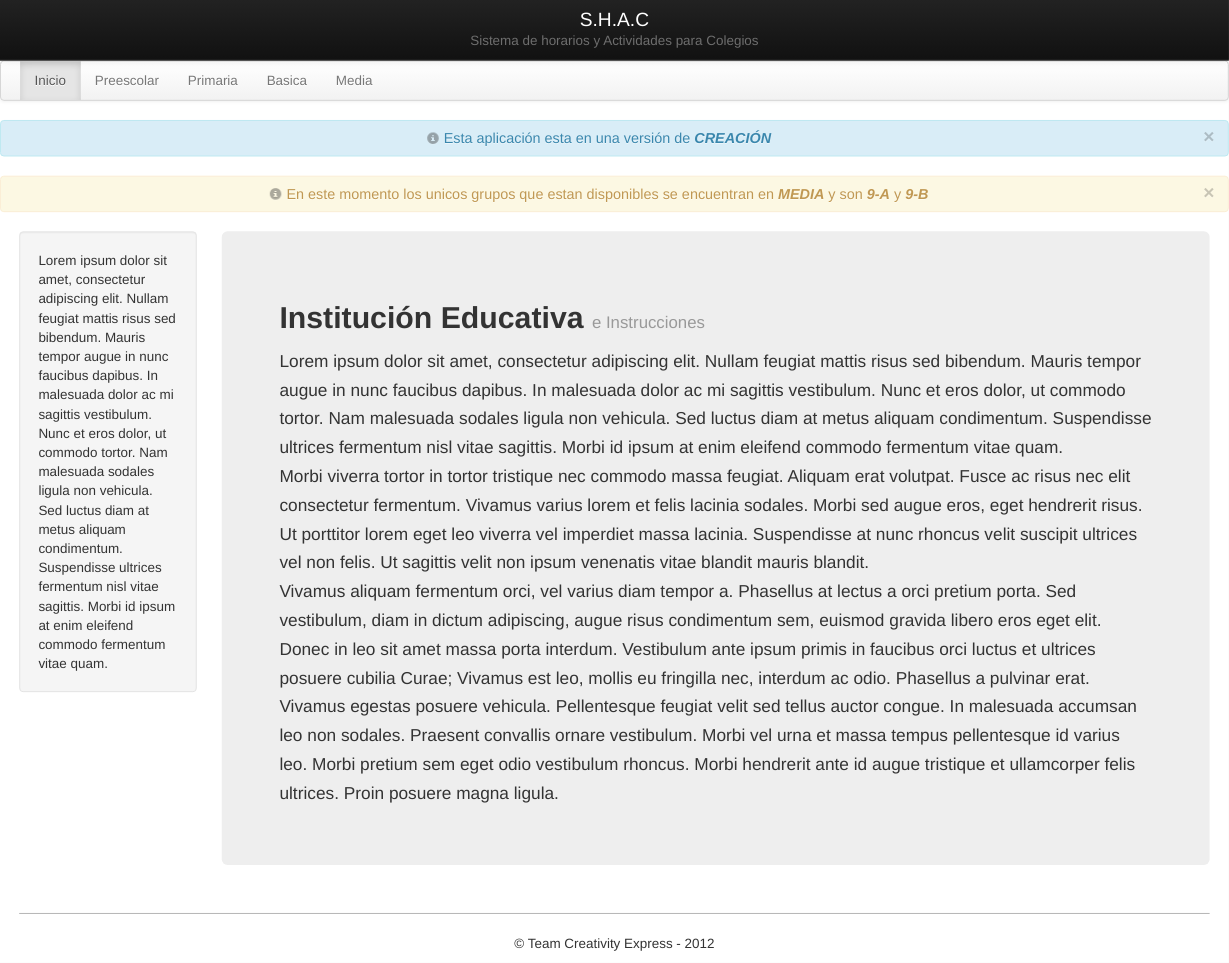
Repository: josue1120/shac
Page: index.html
These files come from the project's save history. The page is drawn as it stood at one moment and after the next save; the edit follows.
The browser window is 1280 px wide. The pictures show the whole page, at 96% of full size.

Above is the page before, as saved 2012-11-18 22:35:53.

### index.html
<!DOCTYPE html>
    <head lang="en">
        <meta charset="utf-8" />
        <meta name="author" content="Josue Bustamante">
        <meta name="description" content="Curso de HTML gratuito">
        <meta name="keywords" content="código HTML etiqueta página web gratis curso">
        <title>S.H.A.C</title>
    <!-- Hojas de Estilo - StyleSheet -->
        <link rel="stylesheet" href="css/bootstrap-responsive.css" type="text/css">
        <link rel="stylesheet" href="css/bootstrap.css" type="text/css">
        <link rel="stylesheet" href="js/bootstrap.js" type="text/js">
    </head>
    <body>
        <div class="navbar navbar-fixed-top navbar-inverse">
            <div class="navbar-inner">
                <div style="margin-top:10px; margin-bottom:10px;" class="row-fluid">
                    <center>
                        <span style="color:#FFFFFF; font-size:20px;">
                            S.H.A.C
                        </span>
                        <br />
                        <span style="color:#6E6E6E;">
                            Sistema de horarios y Actividades para Colegios
                        </span>
                    </center>
                </div>
            </div>
        </div>
        <div style="margin-top:63px;" class="navbar">
            <div class="navbar-inner">
                <ul class="nav">
                    <li class="active"><a href="index.html">Inicio</a></li>
                    <li><a href="#">Preescolar</a></li>
                    <li><a href="#">Primaria</a></li>
                    <li><a href="#">Basica</a></li>
                    <li><a href="media/9a/index.html">Media</a></li>
                </ul>
            </div>
        </div>
        <div class="alert alert-info">
            <button type="button" class="close" data-dismiss="alert">×</button>
            <center><i class="icon-info-sign" style="vertical-align:-15%; opacity:0.4; filter: alpha(opacity=40)"></i><span style="font-size:15px;"> Esta aplicación esta en una versión de <strong><i>CREACIÓN</i></strong></span></center>
        </div>
        <div class="alert alert-warning">
            <button type="button" class="close" data-dismiss="alert">×</button>
            <center><i class="icon-info-sign" style="vertical-align:-15%; opacity:0.4; filter: alpha(opacity=40)"></i><span style="font-size:15px;"> En este momento los unicos grupos que estan disponibles se encuentran en <strong><i>MEDIA</i></strong> y son <strong><i>9-A</i></strong> y <strong><i>9-B</i></strong></span></center>
        </div>
        <div class="container-fluid">
            <div class="row-fluid">
                <div class="span2">
                    <div class="well sidebar-nav">
                        <span>Lorem ipsum dolor sit amet, consectetur adipiscing elit. Nullam feugiat mattis risus sed bibendum. Mauris tempor augue in nunc faucibus dapibus. In malesuada dolor ac mi sagittis vestibulum. Nunc et eros dolor, ut commodo tortor. Nam malesuada sodales ligula non vehicula. Sed luctus diam at metus aliquam condimentum. Suspendisse ultrices fermentum nisl vitae sagittis. Morbi id ipsum at enim eleifend commodo fermentum vitae quam.</span>
                    </div><!--/.well -->
                </div><!--/span-->
            <div class="span10">
                <div class="hero-unit">
                    <h2>Institución Educativa <small>e Instrucciones</small></h2>
                        Lorem ipsum dolor sit amet, consectetur adipiscing elit. Nullam feugiat mattis risus sed bibendum. Mauris tempor augue in nunc faucibus dapibus. In malesuada dolor ac mi sagittis vestibulum. Nunc et eros dolor, ut commodo tortor. Nam malesuada sodales ligula non vehicula. Sed luctus diam at metus aliquam condimentum. Suspendisse ultrices fermentum nisl vitae sagittis. Morbi id ipsum at enim eleifend commodo fermentum vitae quam.
                        <br />
                        Morbi viverra tortor in tortor tristique nec commodo massa feugiat. Aliquam erat volutpat. Fusce ac risus nec elit consectetur fermentum. Vivamus varius lorem et felis lacinia sodales. Morbi sed augue eros, eget hendrerit risus. Ut porttitor lorem eget leo viverra vel imperdiet massa lacinia. Suspendisse at nunc rhoncus velit suscipit ultrices vel non felis. Ut sagittis velit non ipsum venenatis vitae blandit mauris blandit.
                        <br />
                        Vivamus aliquam fermentum orci, vel varius diam tempor a. Phasellus at lectus a orci pretium porta. Sed vestibulum, diam in dictum adipiscing, augue risus condimentum sem, euismod gravida libero eros eget elit. Donec in leo sit amet massa porta interdum. Vestibulum ante ipsum primis in faucibus orci luctus et ultrices posuere cubilia Curae; Vivamus est leo, mollis eu fringilla nec, interdum ac odio. Phasellus a pulvinar erat. Vivamus egestas posuere vehicula. Pellentesque feugiat velit sed tellus auctor congue. In malesuada accumsan leo non sodales. Praesent convallis ornare vestibulum. Morbi vel urna et massa tempus pellentesque id varius leo. Morbi pretium sem eget odio vestibulum rhoncus. Morbi hendrerit ante id augue tristique et ullamcorper felis ultrices. Proin posuere magna ligula.
                </div>
            </div><!--/span-->
        </div><!--/row-->
        <hr>
        <footer>
            <center><p>© Team Creativity Express - 2012</p></center>
        </footer>
    </div><!--/.fluid-container-->
    </body>
<html>

Loaded but not shown: css/bootstrap-responsive.css (library); css/bootstrap.css (library); js/lib/jquery-1.8.3.min.js (library); js/lib/bootstrap.min.js (library)

After the next save:
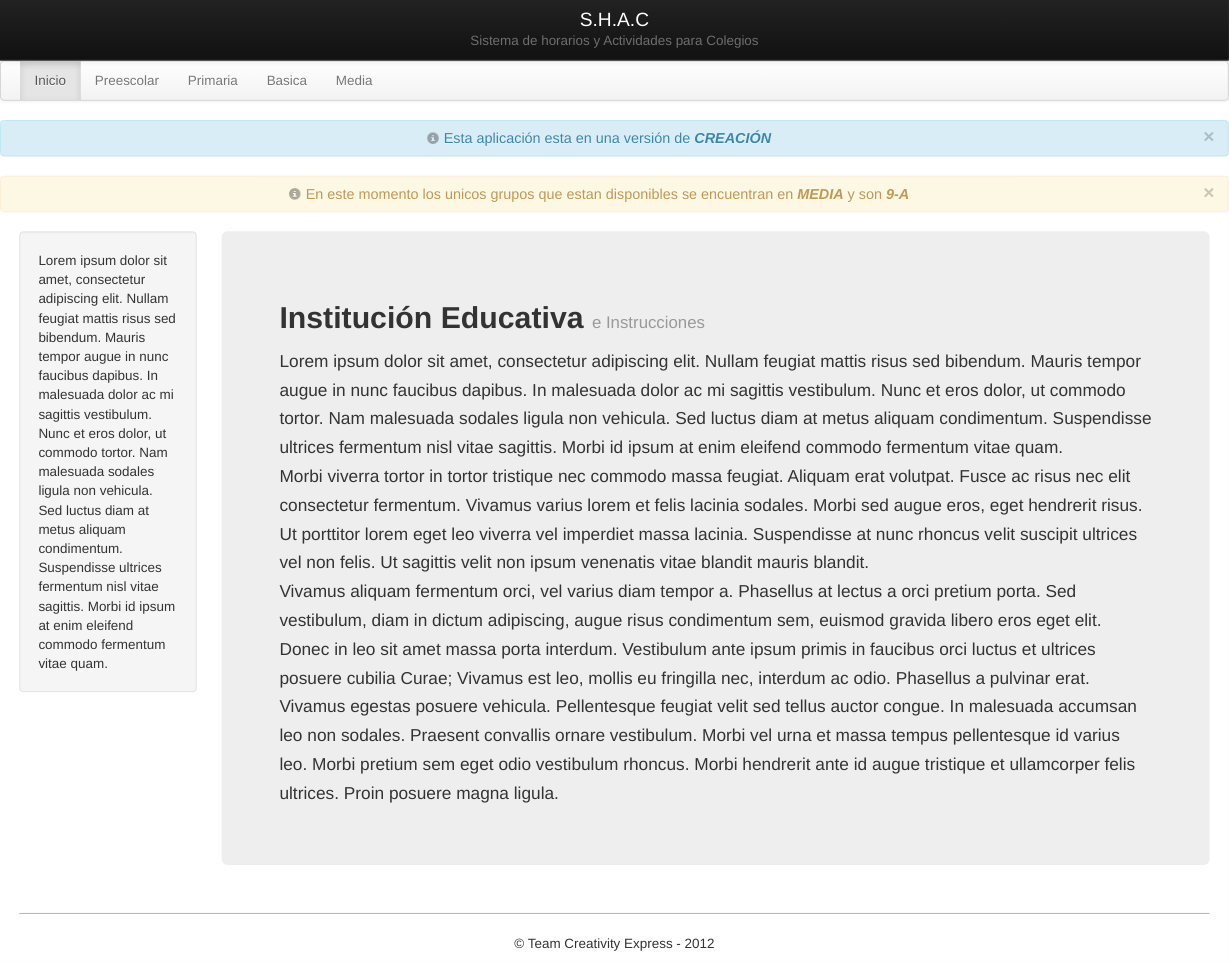
Saved 1 s later.
--- a/index.html
+++ b/index.html
@@ -2,13 +2,13 @@
     <head lang="en">
         <meta charset="utf-8" />
         <meta name="author" content="Josue Bustamante">
-        <meta name="description" content="Curso de HTML gratuito">
-        <meta name="keywords" content="código HTML etiqueta página web gratis curso">
+        <meta name="description" content="Aplicacion de horarios y actividades para colegios">
+        <meta name="keywords" content="aplicacion de horarios y actividades para colegios">
         <title>S.H.A.C</title>
     <!-- Hojas de Estilo - StyleSheet -->
         <link rel="stylesheet" href="css/bootstrap-responsive.css" type="text/css">
         <link rel="stylesheet" href="css/bootstrap.css" type="text/css">
-        <link rel="stylesheet" href="js/bootstrap.js" type="text/js">
+    <!-- Fin Hojas de Estilo - StyleSheet -->
     </head>
     <body>
         <div class="navbar navbar-fixed-top navbar-inverse">
@@ -43,7 +43,7 @@
         </div>
         <div class="alert alert-warning">
             <button type="button" class="close" data-dismiss="alert">×</button>
-            <center><i class="icon-info-sign" style="vertical-align:-15%; opacity:0.4; filter: alpha(opacity=40)"></i><span style="font-size:15px;"> En este momento los unicos grupos que estan disponibles se encuentran en <strong><i>MEDIA</i></strong> y son <strong><i>9-A</i></strong> y <strong><i>9-B</i></strong></span></center>
+            <center><i class="icon-info-sign" style="vertical-align:-15%; opacity:0.4; filter: alpha(opacity=40)"></i><span style="font-size:15px;"> En este momento los unicos grupos que estan disponibles se encuentran en <strong><i>MEDIA</i></strong> y son <strong><i>9-A</i></strong></span></center>
         </div>
         <div class="container-fluid">
             <div class="row-fluid">
@@ -68,5 +68,19 @@
             <center><p>© Team Creativity Express - 2012</p></center>
         </footer>
     </div><!--/.fluid-container-->
+
+    <!-- Le javascript
+    ================================================== -->
+    <!-- Placed at the end of the document so the pages load faster -->
+    <script type="text/javascript" src="js/lib/jquery-1.8.3.min.js"></script>
+    <script type="text/javascript" src="js/lib/bootstrap.min.js"></script>
+    <!-- Load Stackmob Dependencies -->
+    <script type="text/javascript" src="http://static.stackmob.com/js/json2-min.js"></script>
+    <script type="text/javascript" src="http://static.stackmob.com/js/underscore-1.4.1-min.js"></script>
+    <script type="text/javascript" src="http://static.stackmob.com/js/backbone-0.9.2-min.js"></script>
+    <script type="text/javascript" src="http://static.stackmob.com/js/stackmob-js-0.6.0-min.js"></script>
+    <!-- App scripts (Disable until they finnish their design) -->
+    <!--<script type="text/javascript" src="js/coderise.js"></script>-->
+
     </body>
 <html>
